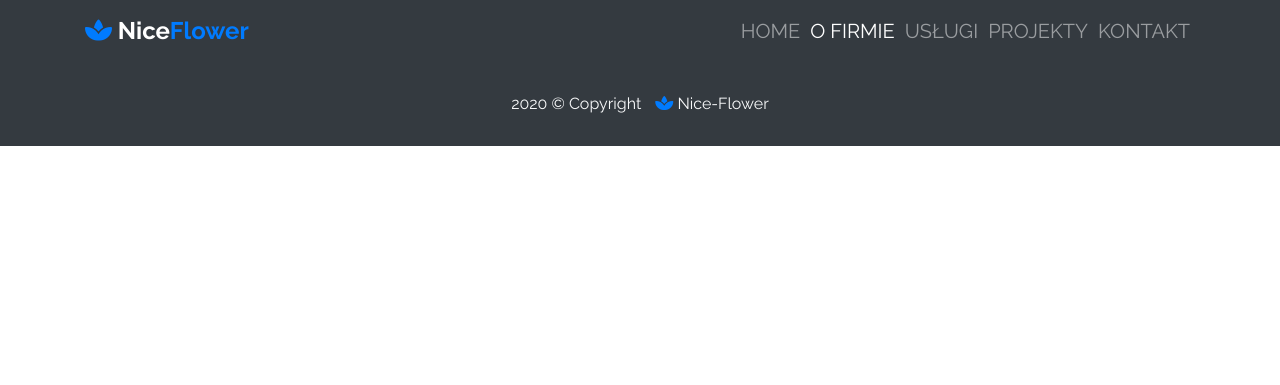
Repository: KrzysKolo/Projekt-13_Kwiaciarnia
Page: abouteus.html
These files come from the project's save history. The page is drawn as it stood at one moment and after the next save; the edit follows.
The browser window is 1280 px wide. The pictures show the whole page.
Some web libraries are served in a nearby version.

Above is the page before, as saved 2020-08-10 02:55:05.

### abouteus.html
<!DOCTYPE html>
<html lang="pl">
  <head>
    <meta charset="UTF-8" />
    <meta name="viewport" content="width=device-width, initial-scale=1.0" />
    <title>Nice-Flower</title>
    <script
      src="https://kit.fontawesome.com/21efeaf281.js"
      crossorigin="anonymous"
    ></script>

    <link
      rel="stylesheet"
      href="https://stackpath.bootstrapcdn.com/bootstrap/4.5.0/css/bootstrap.min.css"
      integrity="sha384-9aIt2nRpC12Uk9gS9baDl411NQApFmC26EwAOH8WgZl5MYYxFfc+NcPb1dKGj7Sk"
      crossorigin="anonymous"
    />
    <link
      href="https://fonts.googleapis.com/css2?family=Raleway:wght@400;700&display=swap"
      rel="stylesheet"
    />
    <link rel="stylesheet" href="style.css" />
  </head>
  <body>
    <nav class="navbar navbar-expand-lg navbar-dark bg-dark py-3">
      <div class="container">
        <a class="navbar-brand" href="#"
          ><i class="fas fa-spa text-primary"></i> Nice<span
            class="text-primary"
            >Flower</span
          ></a
        >
        <button
          class="navbar-toggler border-0"
          type="button"
          data-toggle="collapse"
          data-target="#navbarNavAltMarkup"
          aria-controls="navbarNavAltMarkup"
          aria-expanded="false"
          aria-label="Toggle navigation"
        >
          <i class="fas fa-bars px-4"></i>
        </button>
        <div class="collapse navbar-collapse" id="navbarNavAltMarkup">
          <div class="navbar-nav ml-auto">
            <a class="nav-link" href="index.html">Home </a>
            <a class="nav-link active" href="#"
              >O firmie<span class="sr-only">(current)</span></a
            >
            <a class="nav-link" href="services.html">Usługi</a>
            <a class="nav-link" href="projects.html">Projekty</a>
            <a class="nav-link" href="contact.html">Kontakt</a>
          </div>
        </div>
      </div>
    </nav>

    <!-- MAIN -->
    <main></main>
    <footer class="bg-dark text-light">
      <p class="py-5 px-3 mb-0 text-center">
        2020 &copy; Copyright
        <i class="ml-3 fas fa-spa text-primary"></i> Nice-Flower
      </p>
    </footer>
    <script
      src="https://code.jquery.com/jquery-3.5.1.slim.min.js"
      integrity="sha384-DfXdz2htPH0lsSSs5nCTpuj/zy4C+OGpamoFVy38MVBnE+IbbVYUew+OrCXaRkfj"
      crossorigin="anonymous"
    ></script>
    <script
      src="https://cdn.jsdelivr.net/npm/popper.js@1.16.0/dist/umd/popper.min.js"
      integrity="sha384-Q6E9RHvbIyZFJoft+2mJbHaEWldlvI9IOYy5n3zV9zzTtmI3UksdQRVvoxMfooAo"
      crossorigin="anonymous"
    ></script>
    <script
      src="https://stackpath.bootstrapcdn.com/bootstrap/4.5.0/js/bootstrap.min.js"
      integrity="sha384-OgVRvuATP1z7JjHLkuOU7Xw704+h835Lr+6QL9UvYjZE3Ipu6Tp75j7Bh/kR0JKI"
      crossorigin="anonymous"
    ></script>
  </body>
</html>

### style.css
* {
  box-sizing: border-box;
  margin: 0;
  padding: 0;
}
html {
  font-size: 62.5%;
}
body {
  font-family: "Raleway", sans-serif;
  font-size: 1.6rem;
}
.hero-shadow {
  position: absolute;
  top: 0;
  width: 100%;
  height: 100%;
  background-color: rgba(0, 0, 0, 0.7);
  z-index: -1;
}
.additional-text {
  font-size: 1.8rem;
}
.top-hero {
  position: relative;
  height: 20rem;
  background-size: cover;
  z-index: 0;
}
.top-hero-text {
  display: flex;
  justify-content: center;
  align-items: center;
  height: 100%;
  font-size: 3.6rem;
  text-transform: uppercase;
}
/* ----------- */
/*  nawigacja  */
/* ----------- */
nav {
  font-size: 2rem;
  text-transform: uppercase;
}
.navbar-toggler {
  font-size: 3rem;
}
.navbar-brand {
  font-size: 2.4rem;
  font-weight: bold;
  text-transform: none;
}
/* ----------- */
/*    header   */
/* ----------- */
header {
  font-size: 2rem;
}
.carousel-item {
  position: relative;
  height: 400px;
  background-position: center;
  background-size: cover;
  z-index: 0;
}
.carousel-img-one {
  background-image: url("./img/b1m.jpg");
}
.carousel-img-two {
  background-image: url("./img/b2m.jpg");
}
.carousel-img-three {
  background-image: url("./img/b4m.jpg");
}
/* ----------- */
/*     main    */
/* ----------- */
.home-boxes {
  padding: 5rem 0;
}
.home-box i {
  font-size: 4rem;
}
.home-box h3 {
  font-size: 2.6rem;
}
/* ----------- */
.home-passion {
  position: relative;
  height: 350px;
  background-image: url("./img/b8m.jpg");
  background-position: center;
  background-size: cover;
  z-index: 0;
}
/* ----------- */
.home-brand h3 {
  font-size: 3rem;
  font-weight: bold;
}
@media (min-width: 1400px) {
  .carousel-item {
    height: 600px;
  }
  .carousel-img-one {
    background-image: url("./img/b1.jpg");
  }
  .carousel-img-two {
    background-image: url("./img/b2.jpg");
  }
  .carousel-img-three {
    background-image: url("./img/b4.jpg");
  }
}

After the next save:
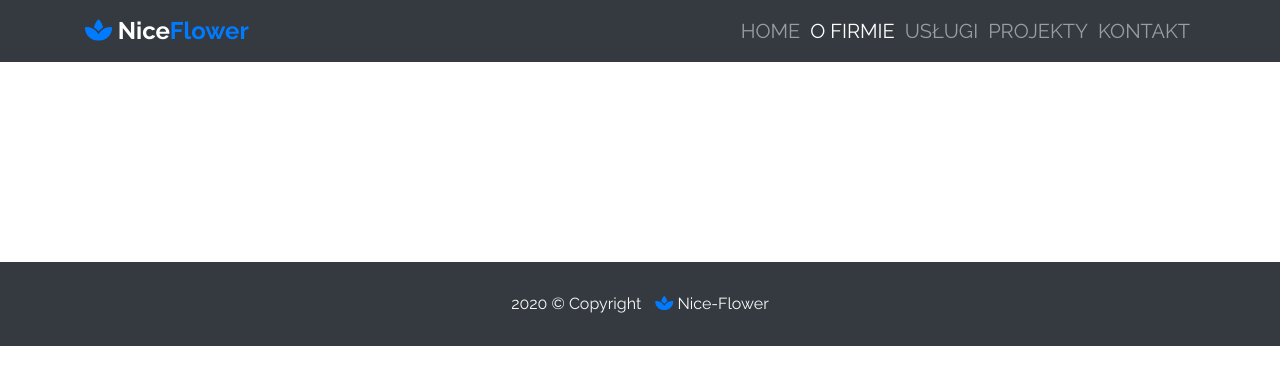
Saved 13 s later.
--- a/abouteus.html
+++ b/abouteus.html
@@ -56,7 +56,9 @@
     </nav>
 
     <!-- MAIN -->
-    <main></main>
+    <main>
+      <section class="top-hero aboutus-hero"></section>
+    </main>
     <footer class="bg-dark text-light">
       <p class="py-5 px-3 mb-0 text-center">
         2020 &copy; Copyright
